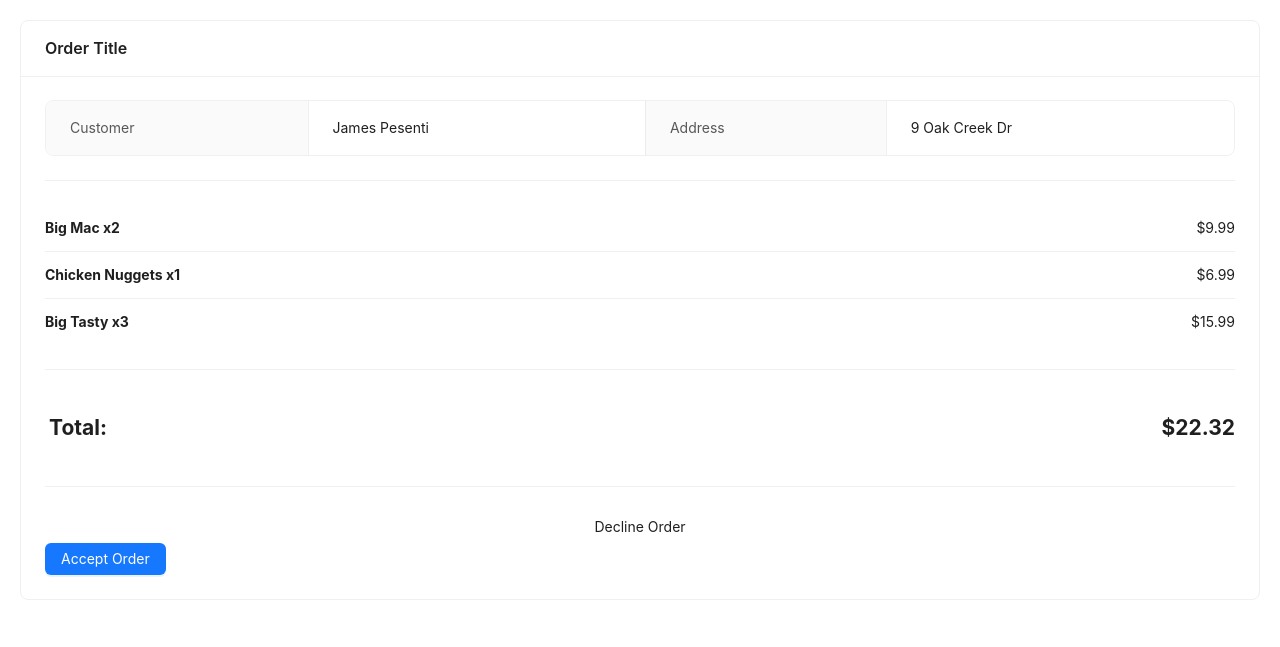
Repository: JamesPesenti/UberEatsDashboard
Page: /menu
An editor plug-in stored every save of this project. The page is shown before and after the next save, followed by the edit.
The browser window is 1280 px wide. The pictures show the whole page.
The project was rebuilt for these pictures with package versions that can differ from the ones it lists, and the page was loaded fresh each time.

Above is the page before, as saved 2023-02-25 07:05:47.

### src/index.js
import React from 'react';
import ReactDOM from 'react-dom/client';
import './index.css';
import App from './App';
// import "antd/dist/antd.css"


const root = ReactDOM.createRoot(document.getElementById('root'));
root.render(
  <React.StrictMode>
    <App />
  </React.StrictMode>
);

### src/App.js
import { Card, Descriptions, Divider, List, Button } from "antd"
import dishes from "../src/data/dishes.json"


function App() {
  return (
    <>
      <Card title={'Order Title'} style={{ margin: 20, marginVertical: 50}}>
        <Descriptions bordered column={{lg: 1, md: 1, sm: 1}}>
          <Descriptions.Item label="Customer">James Pesenti</Descriptions.Item>
          <Descriptions.Item label="Address">9 Oak Creek Dr</Descriptions.Item>
        </Descriptions>
        <Divider />
        <List
          dataSource={dishes}
          renderItem={(dishItem) => (
            <List.Item>
              <div style={{fontWeight: "bold"}}>{dishItem.name} x{dishItem.quantity}</div>
              <div>${dishItem.price}</div>
            </List.Item>
          )}
        />
        <Divider />
        <div style={styles.totalContainer}>
          <h2>Total:</h2>
          <h2 style={styles.totalPrice}>$22.32 </h2>
        </div>
        <Divider />
        <div style={styles.buttonContainer}>
            <Button block type="ghost">
              Decline Order
            </Button>
            <Button type="primary">
              Accept Order
            </Button>
        </div>
      </Card>
    </>
  );
}

const styles = {
  totalContainer: {
    flexDirection: "row",
    display: "flex",
    paddingLeft: 4
  },
  totalPrice: {
    marginLeft: "auto",
    fontWeight: "bold"
  },
  buttonContainer: {},
}

export default App;

Loaded but not shown: public/index.html (common file); src/index.css (common file); src/data/dishes.json (common file)

After the next save:
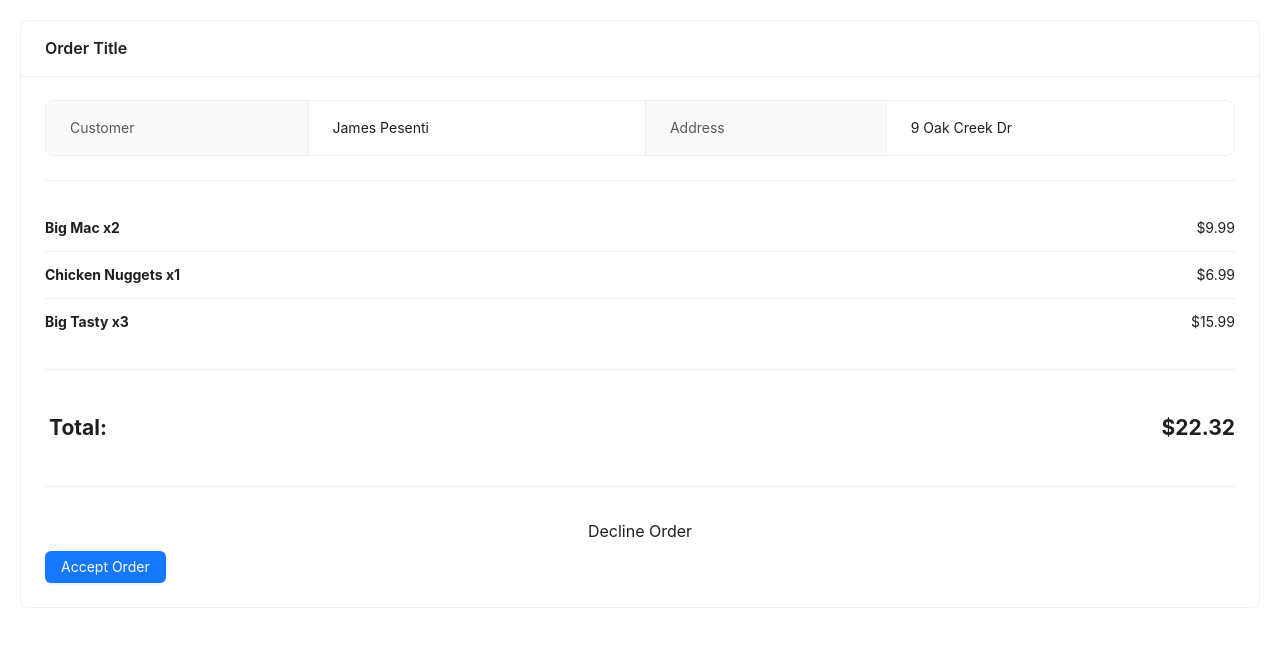
Saved 46 s later.
--- a/src/App.js
+++ b/src/App.js
@@ -27,7 +27,7 @@ function App() {
         </div>
         <Divider />
         <div style={styles.buttonContainer}>
-            <Button block type="ghost">
+            <Button block type="ghost" size="large">
               Decline Order
             </Button>
             <Button type="primary">
